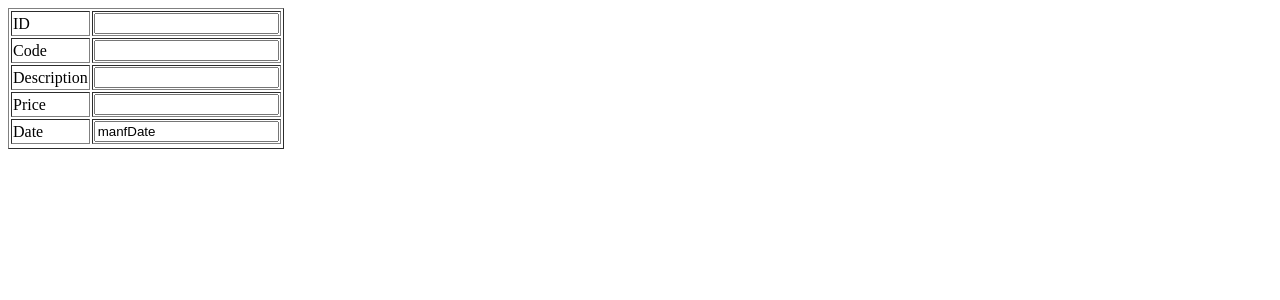
Repository: priyankamergu/MyAllProjects
Page: http://localhost/OnlineShopping/ProductController?action=new
These files come from the project's save history. The page is drawn as it stood at one moment and after the next save; the edit follows.
The browser window is 1280 px wide. The pictures show the whole page.
The page is served by Tomcat 9. Other server files are loaded and not shown.

Above is the page before, as saved 2019-11-18 10:32:49.

### Workspace_JEE7_WEB/OnlineShopping/WebContent/ProductEdit.jsp
<%@ page language="java" contentType="text/html; charset=ISO-8859-1"
    pageEncoding="ISO-8859-1"%>
        <%@ taglib prefix = "c" uri = "http://java.sun.com/jsp/jstl/core" %>
    <%@ taglib prefix = "fmt" uri = "http://java.sun.com/jsp/jstl/fmt" %>
<!DOCTYPE html>
<html>
<head>
<meta charset="ISO-8859-1">
<title>Insert title here</title>
</head>
<body>
<form action="ProductController" >
<input type="hidden" name="Action" value="update">
<table border=1>

	<tr>
	<td>ID</td>
	<td><input type="text" name="id" id="id" value="${product.id}"></td>
	</tr>

	<tr>
	<td>Code</td>
	<td><input type="text" name="code" id="code" value="${product.code}"></td>
	</tr>

	<tr>
	<td>Description</td>
	<td><input type="text" name="desc" id="desc" value="${product.description}"></td>
	</tr>

	<tr>
	<td>Price</td>
	<td><input type="text" name="price" id="price" value="${product.price}"></td>
	</tr>

	<tr>
	<td>Date</td>
	<fmt:formatDate value="${product.manfDate }" pattern="dd/mm/yyyy" var="manfDate"/>
	<td><input type="text" name="date" id="date" value="manfDate"></td>
	</tr>

	<tr></tr>

</table>
</form>
</body>
</html>

### Workspace_JEE7_WEB/OnlineShopping/src/com/allianz/shopping/controller/ProductController.java
package com.allianz.shopping.controller;

import java.io.IOException;
import java.util.List;

import javax.servlet.RequestDispatcher;
import javax.servlet.ServletException;
import javax.servlet.annotation.WebServlet;
import javax.servlet.http.HttpServlet;
import javax.servlet.http.HttpServletRequest;
import javax.servlet.http.HttpServletResponse;

import com.allianz.shopping.dao.ProductDAO;
import com.allianz.shopping.dao.ProductdDAOImpl;
import com.allianz.shopping.model.Product;
import com.allianz.shopping.utility.DateUtility;


@WebServlet("/ProductController")
public class ProductController extends HttpServlet {
	private static final long serialVersionUID = 1L;

 static ProductDAO dao=new ProductdDAOImpl(); //to use directly we make static
    public ProductController()
    {
        super();

    }


	protected void doGet(HttpServletRequest request, HttpServletResponse response) throws ServletException, IOException
	{
		String action=request.getParameter("action");
		if(action!=null && action.equals("delete"))
		{
			String id=request.getParameter("id");
			boolean flag=dao.deleteProduct(Integer.parseInt(id));
			if(flag)
			{
				response.sendRedirect("ProductController");
			}
		}
		else if(action!=null && action.equals("edit"))
		{
			String id=request.getParameter("id");
			Product productEdit=dao.getProductById(Integer.parseInt(id));

			if(productEdit!=null)
			{
				RequestDispatcher rd=request.getRequestDispatcher("ProductEdit.jsp");
				request.setAttribute("productEdit",productEdit);
				rd.forward(request, response);
			}
		}
		else if(action!=null && action.equals("new"))
		{
			Product productEdit=new Product();

			if(productEdit!=null)
			{
				RequestDispatcher rd=request.getRequestDispatcher("ProductEdit.jsp");
				request.setAttribute("productEdit",productEdit);
				rd.forward(request, response);
			}
		}
		else
		{
			List<Product> productList=dao.getALLProducts();
			RequestDispatcher rd=request.getRequestDispatcher("ProductList.jsp");
			request.setAttribute("productList",productList);
			rd.forward(request, response);
		}
	}


	@Override
	protected void doPost(HttpServletRequest req, HttpServletResponse resp) throws ServletException, IOException {
		String action=req.getParameter("action");
		System.out.println(action);
		if(action!=null && action.equals("update"))
		{
			String id=req.getParameter("id");
			String code=req.getParameter("code");
			String description=req.getParameter("desc");
			String price=req.getParameter("price");
			String manfDate=req.getParameter("date");

			Product product=new Product();
			product.setId(Integer.parseInt(id));
			product.setCode(code);
			product.setDescription(description);
			product.setPrice(Float.parseFloat(price));
			product.setManfDate(DateUtility.convertStringToDate(manfDate));
			boolean flag=false;

			if(dao.getProductById(Integer.parseInt(id))!=null)
				flag=dao.updateProduct(product);
			else
				flag=dao.addProduct(product);


			if(flag)
				resp.sendRedirect("ProductController");



		}
		else if(action==null )
		{
			System.out.println("in save method of controller");
			String id=req.getParameter("id");
			String code=req.getParameter("code");
			String description=req.getParameter("desc");
			String price=req.getParameter("price");
			String manfDate=req.getParameter("date");

			Product product=new Product();
			product.setId(Integer.parseInt(id));
			product.setCode(code);
			product.setDescription(description);
			product.setPrice(Float.parseFloat(price));
			product.setManfDate(DateUtility.convertStringToDate(manfDate));
			boolean flag=false;

			if(dao.getProductById(Integer.parseInt(id))!=null)
				flag=dao.updateProduct(product);
			else
				flag=dao.addProduct(product);


			if(flag)
				resp.sendRedirect("ProductController");




		}
	}



}

### Workspace_JEE7_WEB/OnlineShopping/src/com/allianz/shopping/dao/ProductdDAOImpl.java
package com.allianz.shopping.dao;

import java.util.ArrayList;
import java.util.List;

import com.allianz.shopping.model.Product;
import com.allianz.shopping.utility.DateUtility;
//import static com.allianz.shopping.utility.DateUtility.*; we can use directly lie=ke convertStringToDate
public class ProductdDAOImpl implements ProductDAO
{


	private static List<Product> productList=new ArrayList<Product>();

	static
	{
		productList.add(new Product(101,"colgate1","Colgate1 Tube",50,DateUtility.convertStringToDate("12/10/2019")));//you can import static com.allianz.shppoinh.tutitly if you dont want to use thorugh class name
		productList.add(new Product(102,"colgate2","Colgate2 Tube",60,DateUtility.convertStringToDate("14/10/2019")));
		productList.add(new Product(103,"colgate3","Colgate3 Tube",40,DateUtility.convertStringToDate("13/10/2019")));
		productList.add(new Product(104,"colgate4","Colgate4 Tube",70,DateUtility.convertStringToDate("15/10/2019")));
		productList.add(new Product(105,"colgate5","Colgate5 Tube",80,DateUtility.convertStringToDate("18/10/2019")));
	}


	@Override
	public boolean addProduct(Product product) {
		productList.add(product);
		return true;
	}

	@Override
	public boolean updateProduct(Product product) {

		if(productList!=null && productList.size()>0)
		{
			for(int i=0;i<productList.size();i++)
			{
				Product productTemp=productList.get(i);
				if(productTemp.getId()==product.getId())
				{
					productList.set(i,product);
					return true;
				}
			}
		}

		return false;
	}

	@Override
	public boolean deleteProduct(int id)
	{

		if(productList!=null && productList.size()>0)
		{
			for(int i=0;i<productList.size();i++)
			{
				Product productTemp=productList.get(i);
				if(productTemp.getId()==id)
				{
					productList.remove(i);
					return true;
				}
			}
		}

		return false;
	}

	@Override
	public List<Product> getALLProducts()
	{

		return productList;
	}

	@Override
	public List<Product> getALLProductByName(String namePattern)
	{
		if(productList!=null && productList.size()>0)
		{
			for(int i=0;i<productList.size();i++)
			{
				Product productTemp=productList.get(i);
				if(productTemp.getDescription().toLowerCase().contains(namePattern.toLowerCase()))
				{
					List<Product> list=new ArrayList<Product>();
					list.add(productTemp);
					return list;
				}
			}
		}
		return null;
	}

	@Override
	public List<Product> getALLProductByPrice(float min,float max)
	{
		if(productList!=null && productList.size()>0)
		{
			for(int i=0;i<productList.size();i++)
			{
				Product productTemp=productList.get(i);
				if(productTemp.getPrice()>=min && productTemp.getPrice()<=max)
				{
					List<Product> list=new ArrayList<Product>();
					list.add(productTemp);
					return list;
				}
			}

		}
		return null;
	}

	@Override
	public Product getProductById(int id) {
		if(productList!=null && productList.size()>0)
		{
			for(int i=0;i<productList.size();i++)
			{
				Product productTemp=productList.get(i);
				if(productTemp.getId()==id)
				{
					return productTemp;
				}
			}
		}
		return null;
	}


	@Override
	public List<Product> getAllProductByCategoryID(int id) {
		// TODO Auto-generated method stub
		return null;
	}

}

### Workspace_JEE7_WEB/OnlineShopping/src/com/allianz/shopping/model/Product.java
package com.allianz.shopping.model;

import java.util.ArrayList;
import java.util.Date;
import java.util.List;

public class Product {
	private int id;
	private String code;
	private String description;
	private float price;
	private Date manfDate;
	private List<Category> categoryList=new ArrayList<Category>();

	public List<Category> getCategoryList() {
		return categoryList;
	}
	public void setCategoryList(List<Category> categoryList) {
		this.categoryList = categoryList;
	}
	public int getId() {
		return id;
	}
	public Product() {
		super();
		this.id = 0;
		this.code = null;
		this.description = null;
		this.price = 0.0f;
		this.manfDate = null;
	}

	public Product(int id, String code, String description, float price, Date manfDate) {
		super();
		this.id = id;
		this.code = code;
		this.description = description;
		this.price = price;
		this.manfDate = manfDate;
	}

	public void setId(int id) {
		this.id = id;
	}

	public String getCode() {
		return code;
	}

	public void setCode(String code) {
		this.code = code;
	}

	public String getDescription() {
		return description;
	}

	public void setDescription(String description) {
		this.description = description;
	}

	public float getPrice() {
		return price;
	}

	public void setPrice(float price) {
		this.price = price;
	}

	public Date getManfDate() {
		return manfDate;
	}

	public void setManfDate(Date manfDate) {
		this.manfDate = manfDate;
	}
	@Override
	public String toString() {
		return "Product [id=" + id + ", code=" + code + ", description=" + description + ", price=" + price
				+ ", manfDate=" + manfDate + "]";
	}



}

### Workspace_JEE7_WEB/OnlineShopping/src/com/allianz/shopping/utility/DateUtility.java
package com.allianz.shopping.utility;

import java.text.ParseException;
import java.text.SimpleDateFormat;
import java.util.Date;


public class DateUtility
{
	public static Date convertStringToDate(String date)
	{
		SimpleDateFormat simple=new SimpleDateFormat("dd/mm/yyyy");
		try
		{
			Date dateLocal=simple.parse(date);
			return dateLocal;
		}
		catch(ParseException e)
		{
			e.printStackTrace();
		}
		return null;

	}

	public String convertDateToString(Date date)
	{
		SimpleDateFormat simple=new SimpleDateFormat("dd/mm/yyyy");

		try
		{
			String dateLocal=simple.format(date);
			return dateLocal;
		}
		catch(Exception e)
		{
			e.printStackTrace();
		}
		return null;

	}
	public static java.sql.Date convertUtilDateToSQLDate(java.util.Date date)
	{
		java.sql.Date sdate=new java.sql.Date(date.getTime());
		return sdate;
	}


}

After the next save:
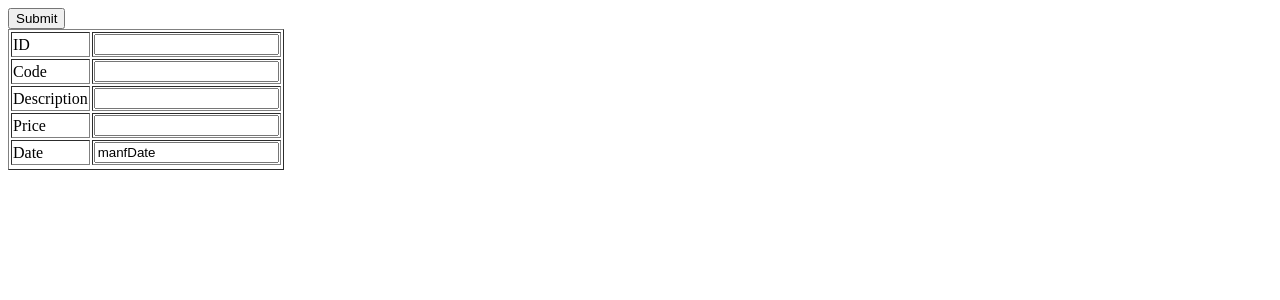
Saved 40 s later.
--- a/Workspace_JEE7_WEB/OnlineShopping/WebContent/ProductEdit.jsp
+++ b/Workspace_JEE7_WEB/OnlineShopping/WebContent/ProductEdit.jsp
@@ -39,7 +39,7 @@
 	<td><input type="text" name="date" id="date" value="manfDate"></td>
 	</tr>
 
-	<tr></tr>
+	<tr><input type="submit" name="submit"></tr>
 
 </table>
 </form>
